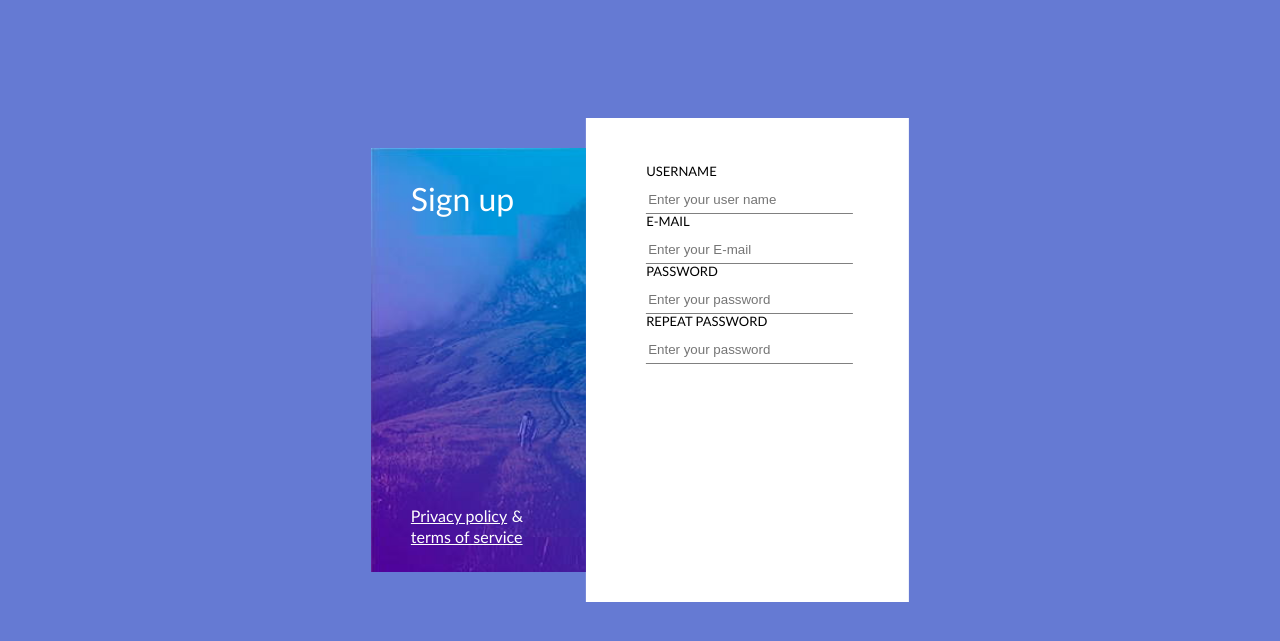
Repository: motiejus1/11-paskaita-adobexd-registracija
Page: index.html
The author's editor kept a copy of each file at every save. The page is drawn from the files as they stood at one save, then again after a run of saves.
The browser window is 1280 px wide. The pictures show the whole page.

Above is the page before, as saved 2021-06-17 20:13:14.

### index.html
<!DOCTYPE html>
<html lang="en">
<head>
    <meta charset="UTF-8">
    <meta http-equiv="X-UA-Compatible" content="IE=edge">
    <meta name="viewport" content="width=device-width, initial-scale=1.0">
    <title>Registracija</title>
    <style>
        html {
            font-size: 18px;
        }

        body {
            max-width: 1920px;
            background-color: #657AD3;
            font: normal normal normal 1rem/1.1667rem Gill Sans MT;
        }

        .container {
            width: 42.05%;
            position: absolute;
            top: 50%;
            left: 50%;
            transform: translate(-50%, -50%);
        }

        .left-column, .right-column {
            float:left;
            height: 26.8889rem;
        }

        .left-column {
            background-color: transparent;
            width: 40%;

        }

        .right-column {
            width: 60%;
            background-color: #fff;
        }

        .left-column-container {
            margin-top: 1.6667rem;
            height: 23.5556rem;
            background-color: #fff;
            background: transparent url('img/mountain.png') 0% 0% no-repeat padding-box;
            background-size: cover;
            padding-left: 2.2222rem;
            position: relative;

        }

        h1 {
            font: normal normal normal 1.7778rem/2.0556rem Gill Sans MT;
            color: #FFFFFF;
            margin: 0;
            padding-top: 32px;
        }


        .links {
            position: absolute;
            bottom: 1.3889rem;
        }

        .links a, .links p {
            display: inline-block;
            color: #FFFFFF;
            font: normal normal normal 0.8889rem/1.0556rem Gill Sans MT;
        }

        .links a:hover {
            color:#808080;
        }

        .links p {
            margin: 0;
        }

        .right-column-container {
            padding-left: 3.3333rem;
            padding-top: 2.5556rem;
            padding-right: 3.3333rem;
        }

        input {
            display: block;
            width: 100%;
            border: 0;
            border-bottom: 1px solid #808080;
            padding-bottom: 0.3333rem;
        }
        /* klase input */

        .input {}

        label {
            display: block;
            font: normal normal normal 0.7222rem/0.8333rem Gill Sans MT;
            text-transform: uppercase;
            color: #000000;
            padding-bottom: 0.6667rem;
        }

    </style>

</head>
<body>

    <div class="container">

        <div class="left-column">
            <div class="left-column-container">
                <h1>Sign up</h1>

                <div class="links">
                    <a href="#">Privacy policy</a>
                    <p>&</p>
                    <a href="#">terms of service</a>
                </div>
            </div>
        </div>
        <div class="right-column">
            <div class="right-column-container">
                <div class="input">
                    <label for="username">Username</label>
                    <input placeholder="Enter your user name" type="text" id="username" name="username" />
                </div>
                <div class="input">
                    <label for="email">E-mail</label>
                    <input placeholder="Enter your E-mail" type="text" id="email" name="email" />
                </div>
                <div class="input">
                    <label for="password">Password</label>
                    <input placeholder="Enter your password" type="password" id="password" name="password" />
                </div>
                <div class="input">
                    <label for="repeat-password">Repeat password</label>
                    <input placeholder="Enter your password" type="password" id="repeat-password" name="repeat-password" />
                </div>
            </div>
        </div>
    </div>

</body>
</html>

After the next 4 saves:
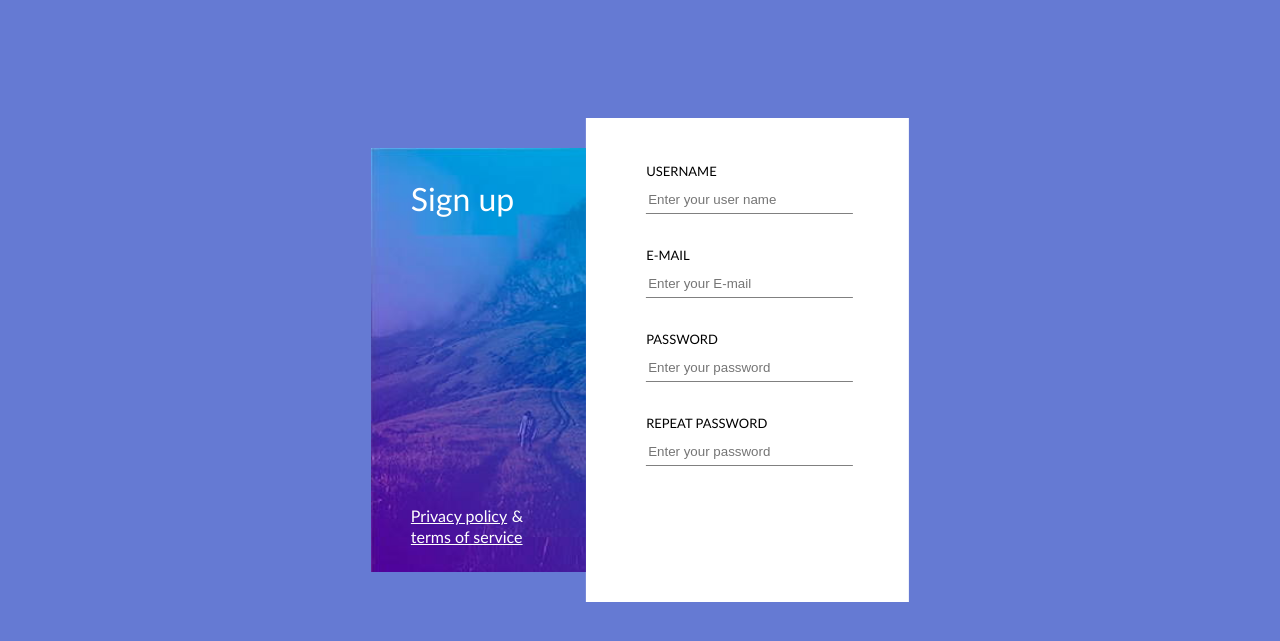
The 4 saves are shown as one change because they came seconds apart.
The last was saved 10 s later.
--- a/index.html
+++ b/index.html
@@ -93,7 +93,9 @@
         }
         /* klase input */
 
-        .input {}
+        .input {
+            margin-bottom: 1.8889rem;
+        }
 
         label {
             display: block;
